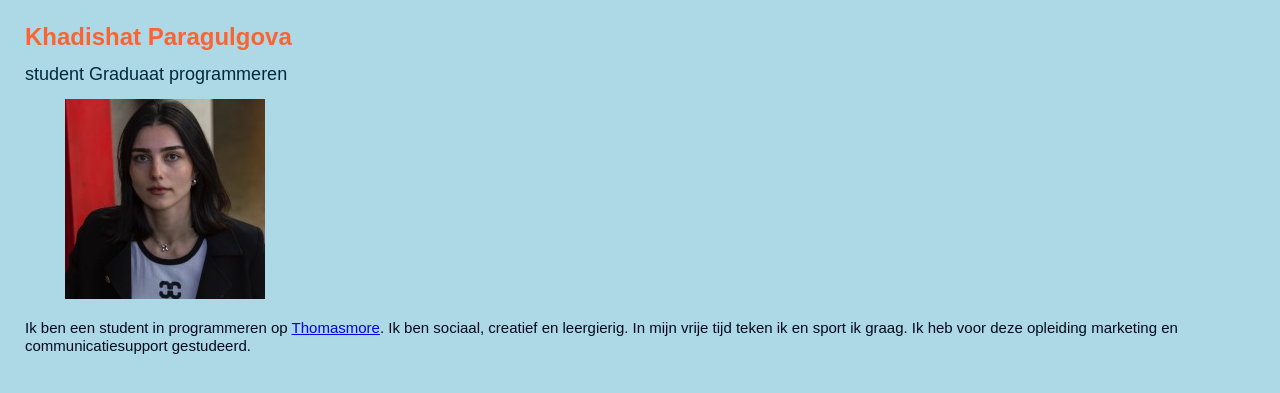
Repository: khadishat00/portfolio
Page: index.html
An editor plug-in stored every save of this project. The page is shown before and after the next save, followed by the edit.
The browser window is 1280 px wide. The pictures show the whole page.

Above is the page before, as saved 2026-09-24 14:44:22.

### index.html
<!doctype html>
<html lang="en">
  <head>
    <meta charset="UTF-8" />
    <meta name="viewport" content="width=device-width, initial-scale=1.0" />
    <title>portfolio</title>
  </head>
  <style>
    html {
      font-family: Arial, sans-serif;
    }
    body{
        background-color: lightblue;
        margin: 25px ;
    }
    h1 {
      font-family: "Century Gothic", sans-serif;
      color: #fa6432;
      font-weight: bold;
      font-size: 24px;
      line-height: 24px;
    }
    h2 {
      font-family: "Century Gothic", sans-serif;
      color: #00283c;
      font-weight: normal;
      font-size: 18px;
      line-height: 18px;
    }
    p {
      font-family: Arial, sans-serif;
      color: #000a1e;
      font-size: 15px;
      line-height: 18px;
      font-weight: normal;
      padding: ;
    }

figure {
    display: block;
    margin-block-start: 1em;
    margin-block-end: 1em;
    margin-inline-start: 40px;
    margin-inline-end: 40px;
    unicode-bidi: isolate;
}

    img {
      max-width: 100%;
    }
  </style>
  <body>
    <h1>Khadishat Paragulgova</h1>
    <h2>student Graduaat programmeren</h2>
    <figure>
      <img src="profielfoto.jpg" alt="Mijn profielfoto" />
    </figure>
    <p>
      Ik ben een student in programmeren op
      <a href="https://thomasmore.be/nl">Thomasmore</a>. Ik ben sociaal,
      creatief en leergierig. In mijn vrije tijd teken ik en sport ik graag. Ik
      heb voor deze opleiding marketing en communicatiesupport gestudeerd.
    </p>
  </body>
</html>

After the next save:
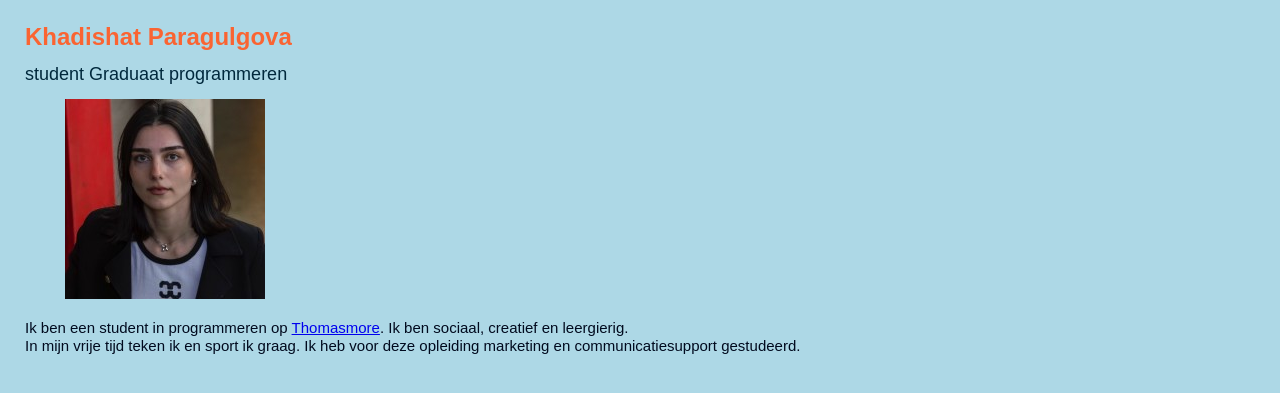
Saved 31 s later.
--- a/index.html
+++ b/index.html
@@ -58,7 +58,7 @@ figure {
     <p>
       Ik ben een student in programmeren op
       <a href="https://thomasmore.be/nl">Thomasmore</a>. Ik ben sociaal,
-      creatief en leergierig. In mijn vrije tijd teken ik en sport ik graag. Ik
+      creatief en leergierig. <br>In mijn vrije tijd teken ik en sport ik graag. Ik
       heb voor deze opleiding marketing en communicatiesupport gestudeerd.
     </p>
   </body>
